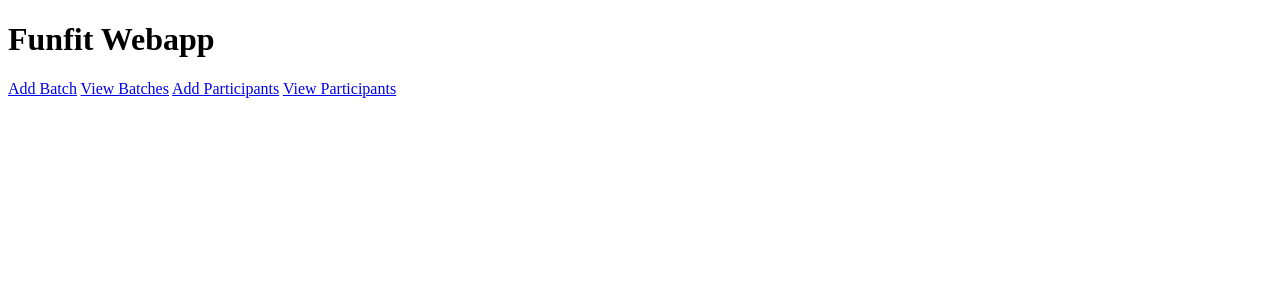
Repository: Jannis-Buschhaus/simplilearn-assessment-phase2
Page: http://localhost/FunfitWebapp/
These files come from the project's save history. The page is drawn as it stood at one moment and after the next save; the edit follows.
The browser window is 1280 px wide. The pictures show the whole page.
The page is served by Tomcat 9. Other server files are loaded and not shown.

Above is the page before, as saved 2024-05-28 09:58:55.

### FunfitWebapp/src/main/webapp/index.jsp
<%@ page language="java" contentType="text/html; charset=UTF-8"
    pageEncoding="UTF-8"%>
<%@ taglib prefix="c" uri="http://java.sun.com/jsp/jstl/core" %>
<!DOCTYPE html>
<html>
<head>
<meta charset="UTF-8">
<title>Funfit</title>
</head>
<body>
	<h1>Funfit Webapp</h1>
	<a href="addBatch.jsp">Add Batch</a>
	<a href="BatchController">View Batches</a>
	<a href="addBatch.jsp">Add Participants</a>
	<a href="addBatch.jsp">View Participants</a>
</body>
</html>

After the next save:
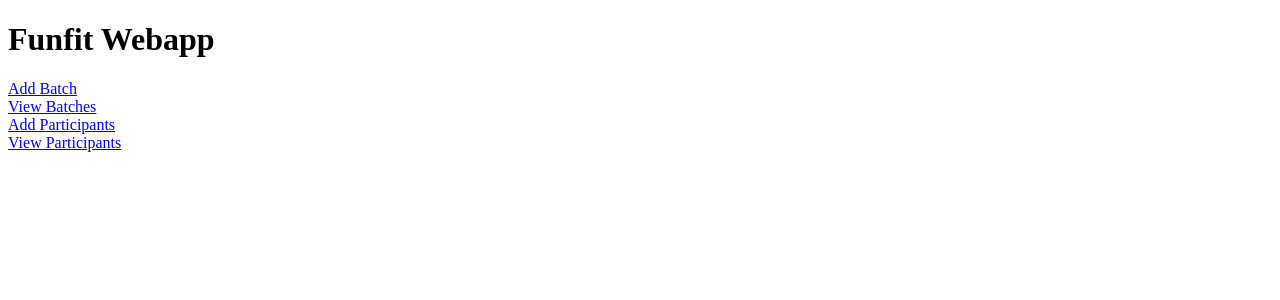
Saved 36 s later.
--- a/FunfitWebapp/src/main/webapp/index.jsp
+++ b/FunfitWebapp/src/main/webapp/index.jsp
@@ -9,9 +9,9 @@
 </head>
 <body>
 	<h1>Funfit Webapp</h1>
-	<a href="addBatch.jsp">Add Batch</a>
-	<a href="BatchController">View Batches</a>
-	<a href="addBatch.jsp">Add Participants</a>
-	<a href="addBatch.jsp">View Participants</a>
+	<a href="addBatch.jsp">Add Batch</a><br />
+	<a href="BatchController">View Batches</a><br />
+	<a href="addBatch.jsp">Add Participants</a><br />
+	<a href="addBatch.jsp">View Participants</a><br />
 </body>
 </html>
